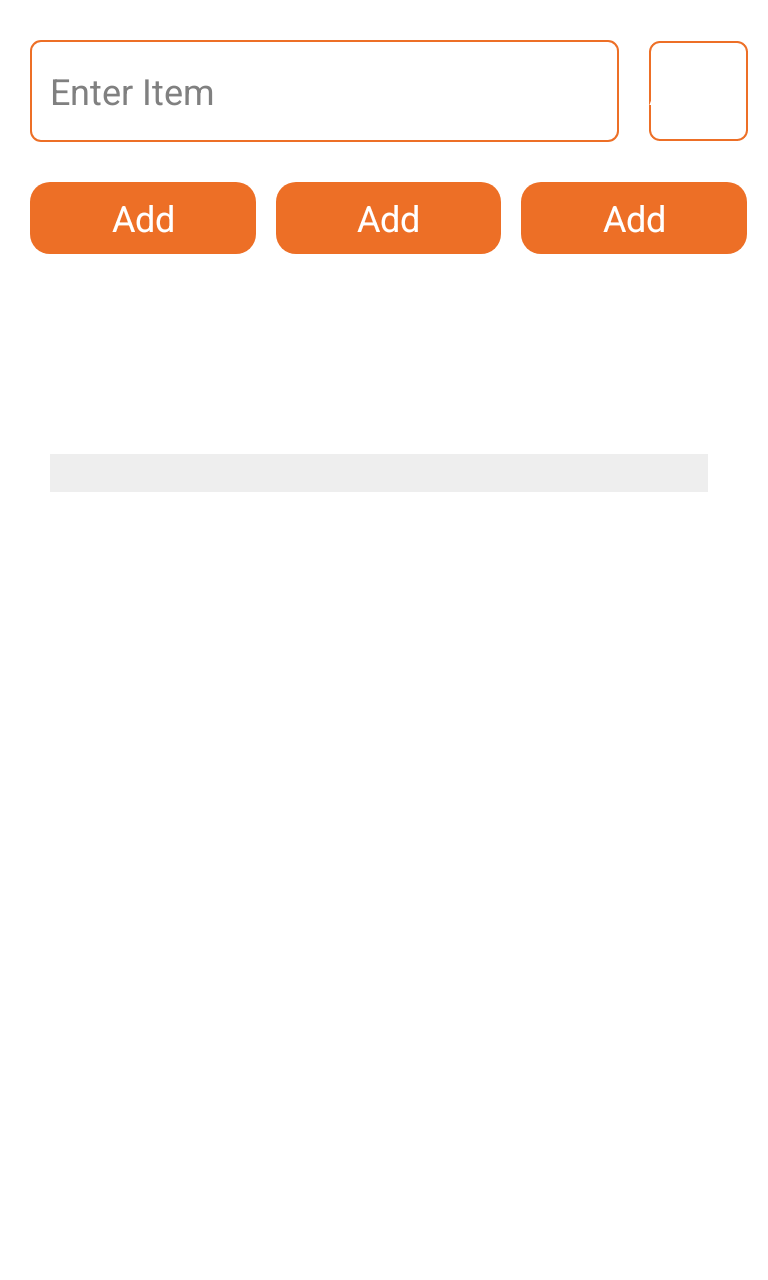
Repository: ianDervan/FYP_ShopSmart
Layout: FYP/ShopSmart/res/layout/activity_shopping_list.xml
The author's editor kept a copy of each file at every save. The layout is drawn from the files as they stood at one save, then again after the next save.
It is drawn on a 768 x 1280 px phone screen (xhdpi) without system bars, with theme AppTheme; the app's code is not run.

Above is the layout before, as saved 2015-01-16 21:01:08.

After the next save:
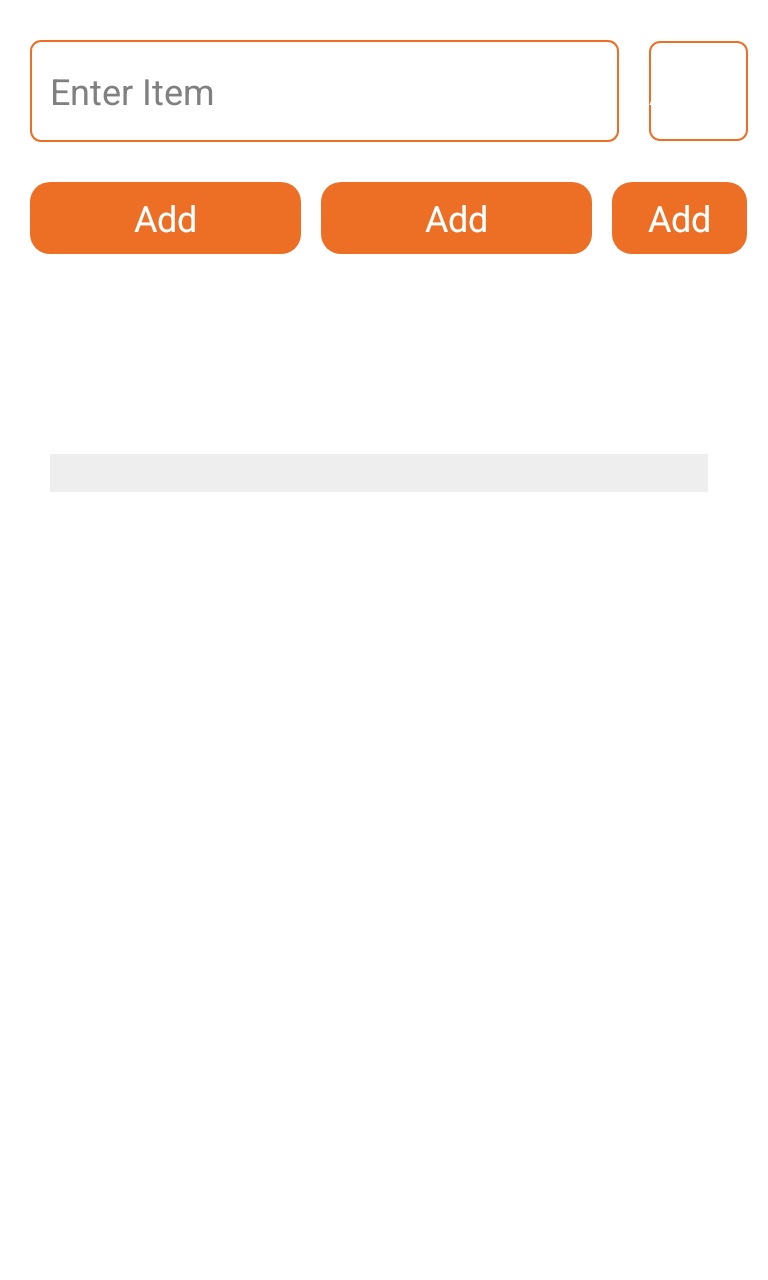
Saved 101 s later.
--- a/FYP/ShopSmart/res/layout/activity_shopping_list.xml
+++ b/FYP/ShopSmart/res/layout/activity_shopping_list.xml
@@ -46,7 +46,7 @@
             android:layout_width="0dp"
             android:layout_height="36dp"
             android:layout_marginTop="10dp"
-            android:layout_weight="0.1"
+            android:layout_weight="0.4"
             android:background="@drawable/custombutton_lr"
             android:text="Add"
             android:textColor="#FFFFFF" />
@@ -55,7 +55,7 @@
             android:id="@+id/Button01"
             android:layout_width="0dp"
             android:layout_height="36dp"
-            android:layout_weight="0.1"
+            android:layout_weight="0.4"
             android:layout_marginLeft="10dp"
             android:layout_marginTop="10dp"
             android:background="@drawable/custombutton_lr"
@@ -66,7 +66,7 @@
             android:id="@+id/btn_2"
             android:layout_width="0dp"
             android:layout_height="36dp"
-            android:layout_weight="0.1"
+            android:layout_weight="0.2"
             android:layout_marginLeft="10dp"
             android:layout_marginTop="10dp"
             android:background="@drawable/custombutton_lr"
